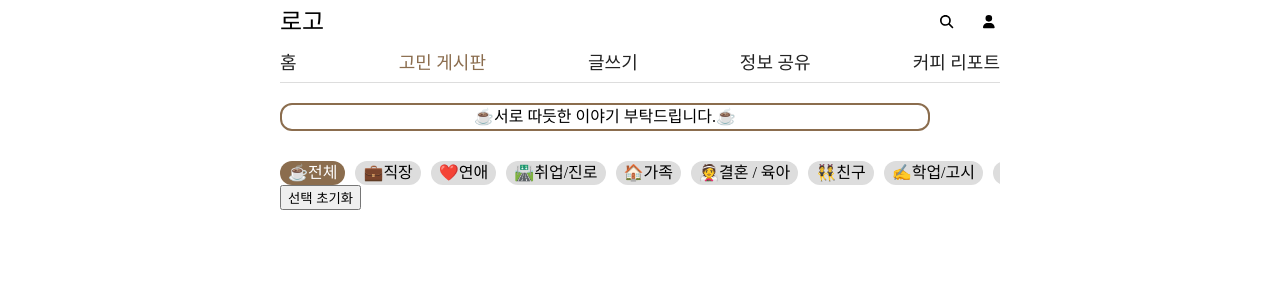
Repository: zlazlazla35/coffee
Page: /list
The author's editor kept a copy of each file at every save. The page is drawn from the files as they stood at one save, then again after the next save.
The browser window is 1280 px wide. The pictures show the whole page.
Some web fonts or font styles are not loaded; a fallback is used. The project was rebuilt for these pictures with package versions that can differ from the ones it lists, and the page was loaded fresh each time. The framework's server and built-in components were replaced by stand-ins that run in the browser. Also part of the build but not shown: next.config.mjs.

Above is the page before, as saved 2024-12-26 17:54:26.

### src/app/layout.js
import { Geist, Geist_Mono } from "next/font/google";
import "./globals.css";
import Link from "next/link";
import { FontAwesomeIcon } from '@fortawesome/react-fontawesome'
import { faMagnifyingGlass, faUser } from '@fortawesome/free-solid-svg-icons'
import NavMenu from "./component/NavMenu";

const geistSans = Geist({
  variable: "--font-geist-sans",
  subsets: ["latin"],
});

const geistMono = Geist_Mono({
  variable: "--font-geist-mono",
  subsets: ["latin"],
});

export const metadata = {
  title: "Create Next App",
  description: "Generated by create next app",
};

export default function RootLayout({ children }) {
  return (
    <html lang="en">
      <body className={`${geistSans.variable} ${geistMono.variable}`}>
        <div className="nav_bar">
          <div className="nav_bar_top">
            <Link className="logo" href={'/'}>로고</Link>
            <div className="userBox">
              <button>
                <FontAwesomeIcon icon={faMagnifyingGlass} />
              </button>
              <button>
                <FontAwesomeIcon icon={faUser} />
              </button>
            </div>
          </div>
          <div className="nav_bar_bottom">
          <NavMenu></NavMenu>
          </div>
        </div>
        {children}
      </body>
    </html>
  );
}

### src/app/list/page.js
'use client'
import { useState } from "react"

export default function List() {
    let [tagList, setTagList] = useState(['☕전체','💼직장', '❤️연애', '🛣️취업/진로', '🏠가족', '👰결혼 / 육아', '👯친구', '✍️학업/고시', '🚫중독', '💰사업 / 금전', '💉질병 / 질환']);
    let [tagActive, setTagActive] = useState([true, false, false, false, false, false, false, false, false, false, false])







    return (
        <div className="liset_page">
            <div className="top_border">
                ☕서로 따듯한 이야기 부탁드립니다.☕
            </div>
            <div className="tag">
                <ul className="tag_list">
                    {
                        tagList.map((item, i)=>{

                            return(
                                <li className={tagActive[i] == true ? 'on' : null} key={i} onClick={(e)=>{
                                    // let copy = [...tagActive];


                                    // if(copy[i] == false){
                                    //     copy[i] = true;
                                    //     setTagActive(copy);
                                    // }else{
                                    //     copy[i] = false;
                                    //     setTagActive(copy);
                                    // }

                                    // if(e.target.innerHTML !== '☕전체'){
                                    //     copy[0] = false;
                                    //     setTagActive(copy);
                                    // }





                                }} >{item}</li>
                            )
                        })
                    }
                </ul>
            </div>
            <button>선택 초기화</button>
        </div>
    )
}

//

### src/app/globals.css
@font-face {
    font-family: 'Ownglyph_StudyHard-Rg';
    src: url('https://fastly.jsdelivr.net/gh/projectnoonnu/2411-3@1.0/Ownglyph_StudyHard-Rg.woff2') format('woff2');
    font-weight: normal;
    font-style: normal;
}
/* /styles/reset.css */
body {font-family: 'Ownglyph_StudyHard-Rg' !important;}
html, body, div, span, applet, object, iframe,
h1, h2, h3, h4, h5, h6, p, blockquote, pre,
a, abbr, acronym, address, big, cite, code,
del, dfn, em, img, ins, kbd, q, s, samp,
small, strike, strong, sub, sup, tt, var,
b, u, i, center,
dl, dt, dd, ol, ul, li,
fieldset, form, label, legend,
table, caption, tbody, tfoot, thead, tr, th, td,
article, aside, canvas, details, embed,
figure, figcaption, footer, header, hgroup,
menu, nav, output, ruby, section, summary,
time, mark, audio, video {
	margin: 0;
	padding: 0;
	border: 0;
	font-size: 100%;
	font: inherit;
	vertical-align: baseline;
}
/* HTML5 display-role reset for older browsers */
article, aside, details, figcaption, figure,
footer, header, hgroup, menu, nav, section {
	display: block;
}
body {
	line-height: 1;
}
ol, ul {
	list-style: none;
}
blockquote, q {
	quotes: none;
}
blockquote:before, blockquote:after,
q:before, q:after {
	content: '';
	content: none;
}
table {
	border-collapse: collapse;
	border-spacing: 0;
}
input:focus {outline: none;}
a {text-decoration: none; color: inherit;}


.nav_bar {width: 100%; max-width: 720px; margin: 0 auto;}
.nav_bar .nav_bar_top {width: 100%; display: flex; align-items: center; justify-content: space-between; box-sizing: border-box; padding: 10px 0; }
.nav_bar .nav_bar_top .logo {font-size: 24px; }
.nav_bar .nav_bar_top .userBox {display: flex; align-items: center;}
.nav_bar .nav_bar_top .userBox button {width: 22px; display: block; background: none; border: none; padding: 0;}
.nav_bar .nav_bar_top .userBox button {margin-right: 20px;}
.nav_bar .nav_bar_top .userBox button:last-child {margin-right: 0;}
.nav_bar .nav_bar_bottom {width: 100%; }
.nav_bar .nav_bar_bottom .nav_list {display: flex; align-items: center; justify-content: space-between; box-sizing: border-box; padding: 10px 0; border-bottom: 1px solid #ddd;}
.nav_bar .nav_bar_bottom .nav_list li { font-size: 18px; color: #232323; }
.nav_bar .nav_bar_bottom .nav_list li a.active {color: #8b6d4e; }


.liset_page {width: 100%; max-width: 720px; margin: 0 auto;}
.liset_page .top_border {width: 100%; max-width: 650px; border: 2px solid #8b6d4e; border-radius: 12px; display: flex; align-items: center; justify-content: center; font-size: 16px; box-sizing: border-box; padding: 4px; margin: 20px 0 30px;}
.liset_page .tag {width: 100%;}
.liset_page .tag .tag_list {width: 100%; display: flex; align-items: center; white-space: nowrap; overflow-x: scroll;}
.liset_page .tag .tag_list::-webkit-scrollbar {height: 8px;}
.liset_page .tag .tag_list::-webkit-scrollbar-thumb {background: #a89f96; border-radius: 10px; }
.liset_page .tag .tag_list::-webkit-scrollbar-track {background: rgba(123, 87, 8, 0.1); }
.liset_page .tag .tag_list li {background: #ddd; font-size: 16px; box-sizing: border-box; padding: 4px 8px; border-radius: 12px; margin-right: 10px; cursor: pointer;}
.liset_page .tag .tag_list li:last-child {margin-right: 0;}
.liset_page .tag .tag_list li.on {background: #8b6d4e; color: #fff;}

### src/app/component/NavMenu.js
'use client'

import Link from "next/link";
import { usePathname } from "next/navigation";

export default function NavMenu() {
    const pathname = usePathname();

    return (
        <ul className="nav_list">
            <li>
                <Link href={'/'}>홈</Link>
            </li>
            <li>
                <Link className={pathname == '/list'? 'active' : null} href={'/list'}>고민 게시판</Link>
            </li>
            <li>
                <Link className={pathname == '/writing'? 'active' : null} href={'/writing'}>글쓰기</Link>
            </li>
            <li>
                <Link className={pathname == '/share'? 'active' : null} href={'/share'}>정보 공유</Link>
            </li>
            <li>
                <Link className={pathname == '/report'? 'active' : null} href={'/report'}>커피 리포트</Link>
            </li>
        </ul>
    )
}

After the next save:
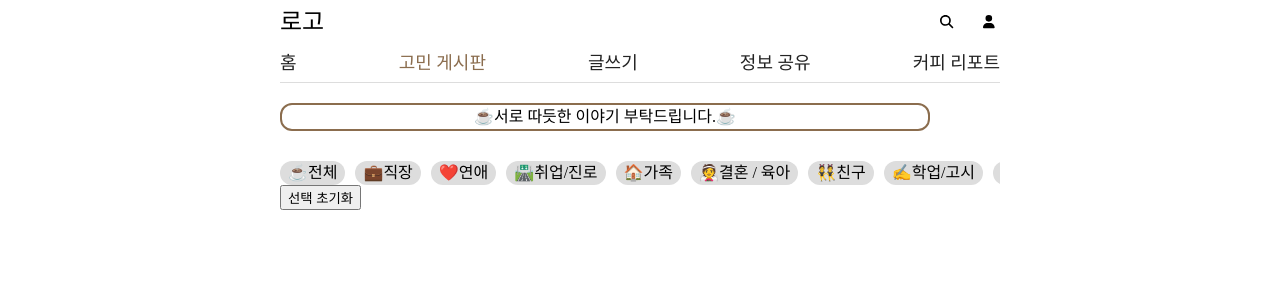
Saved 24 s later.
--- a/src/app/list/page.js
+++ b/src/app/list/page.js
@@ -22,28 +22,23 @@ export default function List() {
                         tagList.map((item, i)=>{
 
                             return(
-                                <li className={tagActive[i] == true ? 'on' : null} key={i} onClick={(e)=>{
-                                    // let copy = [...tagActive];
+                                // <li className={tagActive[i] == true ? 'on' : null} key={i} onClick={(e)=>{
+                                //     let copy = [...tagActive];
 
+                                //     if(copy[i] == false){
+                                //         copy[i] = true;
+                                //         setTagActive(copy);
+                                //     }else{
+                                //         copy[i] = false;
+                                //         setTagActive(copy);
+                                //     }
 
-                                    // if(copy[i] == false){
-                                    //     copy[i] = true;
-                                    //     setTagActive(copy);
-                                    // }else{
-                                    //     copy[i] = false;
-                                    //     setTagActive(copy);
-                                    // }
-
-                                    // if(e.target.innerHTML !== '☕전체'){
-                                    //     copy[0] = false;
-                                    //     setTagActive(copy);
-                                    // }
-
-
-
-
-
-                                }} >{item}</li>
+                                //     if(e.target.innerHTML !== '☕전체'){
+                                //         copy[0] = false;
+                                //         setTagActive(copy);
+                                //     }
+                                // }} >{item}</li>
+                                <li>{item}</li>
                             )
                         })
                     }
